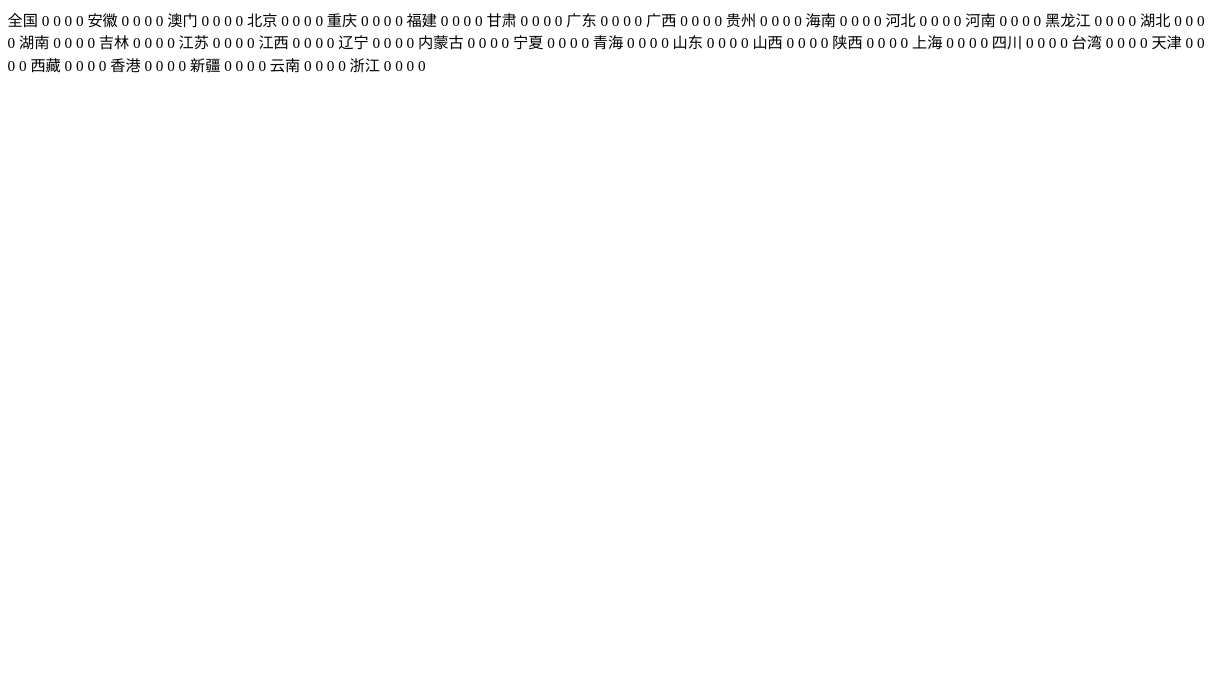
Repository: yz990219/InfectStatisticWeb
Page: http://localhost/MyInfectStatisticWeb/
The author's editor kept a copy of each file at every save. The page is drawn from the files as they stood at one save, then again after the next save.
The browser window is 1280 px wide. The pictures show the whole page, at 95% of full size.
The page is served by Tomcat 9.

Above is the page before, as saved 2020-03-12 09:03:16.

After the next save:
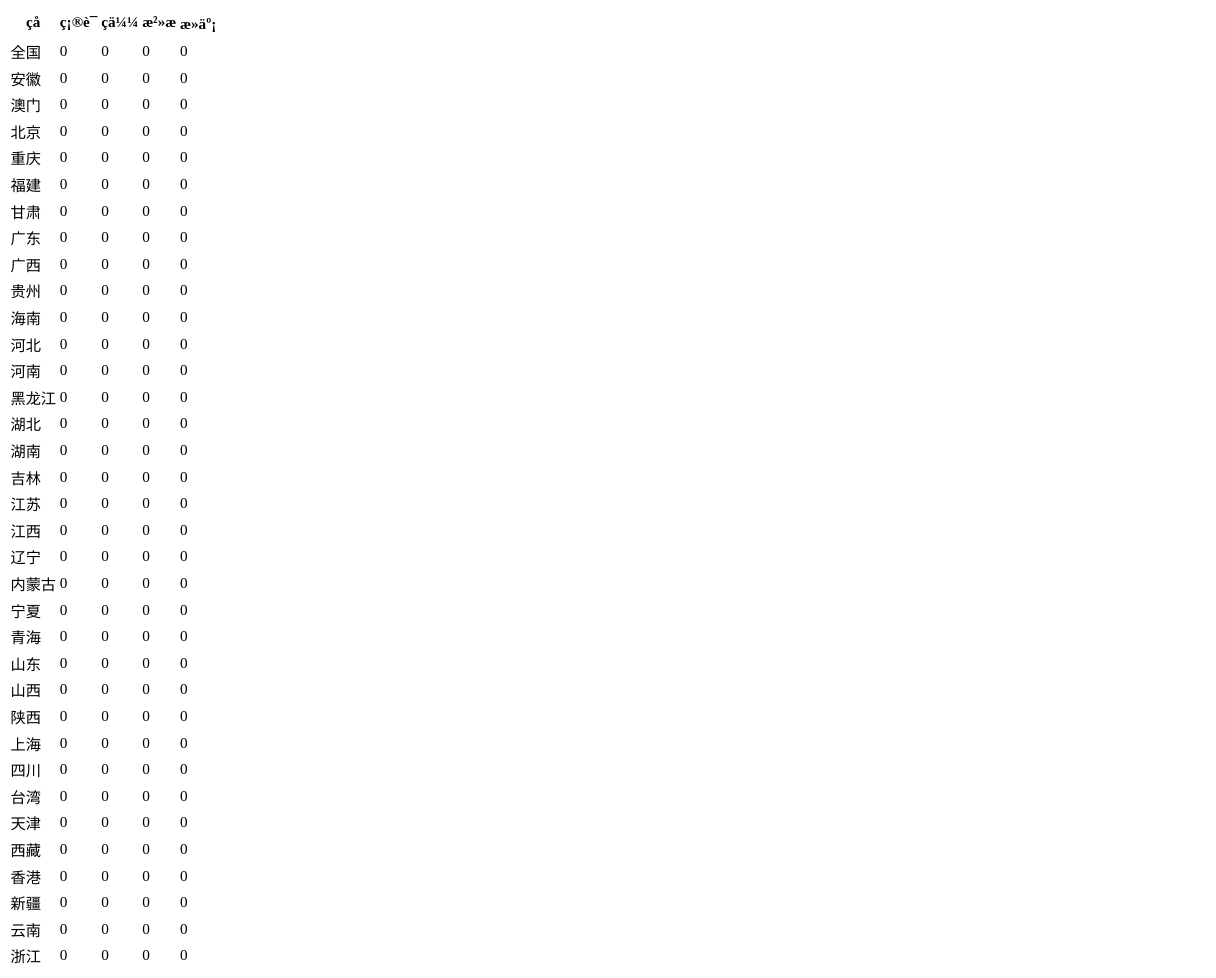
Saved 3 min 5 s later.
--- a/MyInfectStatisticWeb/WebContent/index.jsp
+++ b/MyInfectStatisticWeb/WebContent/index.jsp
@@ -35,21 +35,35 @@
 		CommandLineRun cmd_run = new CommandLineRun(commandline);
 	%>
 	<div>
-
-		<%
+		<table>
+			<thead>
+				<tr>
+					<th>省名</th>
+					<th>确诊</th>
+					<th>疑似</th>
+					<th>治愈</th>
+					<th>死亡</th>
+				</tr>
+			</thead>
+			<tbody>
+				<%
 			ArrayList<Province> info = cmd_run.province_list;
 			for (Province p : info) {
 		%>
-		<tr>
-			<td><%=p.name%></td>
-			<td><%=p.ip%></td>
-			<td><%=p.sp%></td>
-			<td><%=p.cure%></td>
-			<td><%=p.dead%></td>
-		</tr>
-		<%
+
+				<tr>
+					<td><%=p.name%></td>
+					<td><%=p.ip%></td>
+					<td><%=p.sp%></td>
+					<td><%=p.cure%></td>
+					<td><%=p.dead%></td>
+				</tr>
+				<%
 			}
 		%>
+			</tbody>
+		</table>
+
 	</div>
 </body>
 </html>
